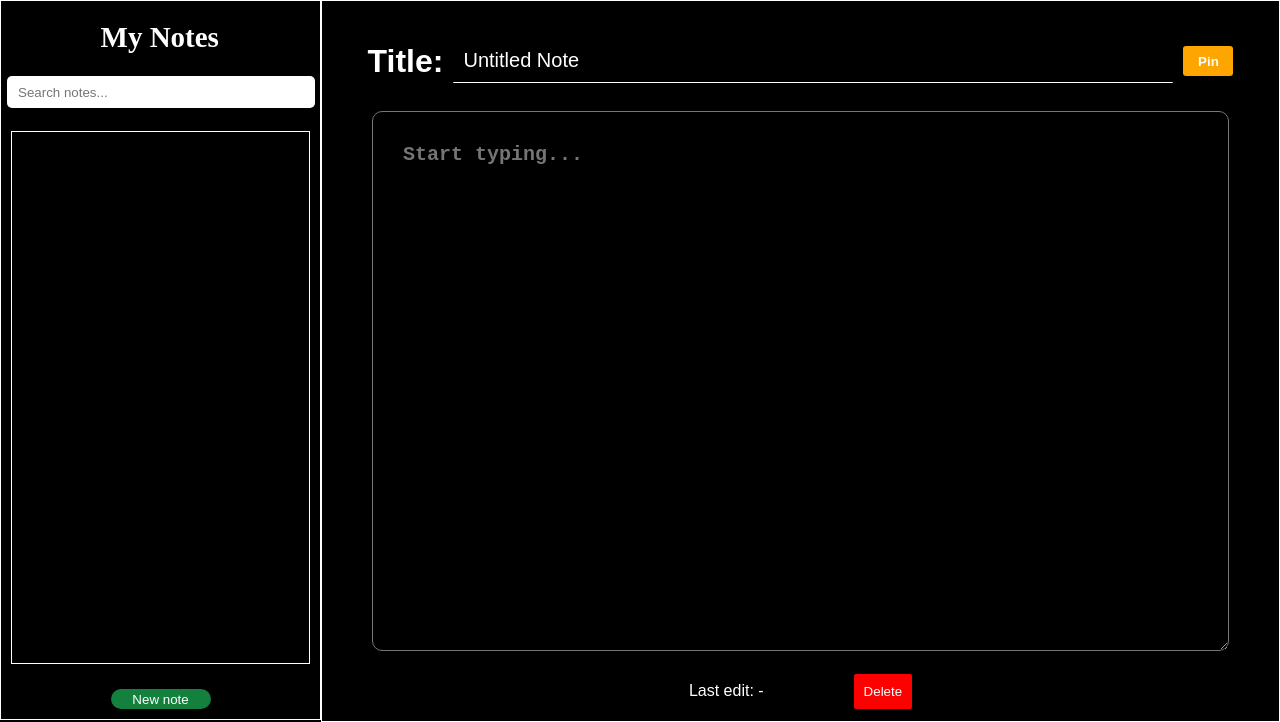
Repository: dmpelaez/myNotes
Page: QuickNotes.html
The author's editor kept a copy of each file at every save. The page is drawn from the files as they stood at one save, then again after the next save.
The browser window is 1280 px wide. The pictures show the whole page.

Above is the page before, as saved 2025-12-19 13:10:44.

### QuickNotes.html
<!DOCTYPE html>

  <html>

    <head>

      <title>Quick Notes</title>

      <!--CSS LINK-->
      <link rel="stylesheet" href="QuickNotes.css">
    </head>
    <body>

      <!--Note section-->
      <aside class="aside-section">

        <!--My notes part-->
        <div class="myNotes">
          <p class="my-notes-text">My Notes</p>
        </div>
        <!--Search notes-->
        <div class="input-box">
          <input class="input" placeholder="Search notes..." oninput="renderNotes()">
        </div>
        <!--Notes-->
        <div class="note-list"></div>
        <!--add button-->
        <button class="add-button" onclick="addNote()">New note</button>

      </aside>

      <!---Typing section-->
      <main class="main-section">

        <!--Header-->
        <div class="header-section">
          <h1>Title:</h1>
          <input class="title-notes" placeholder="Untitled Note" oninput="currentUpdate()">
          <button class="pin-btn" onclick="togglePin()">Pin</button>
        </div>

        <!--text area-->
        <div class="texting-area">
          <textarea class="textarea" placeholder="Start typing..." oninput="currentUpdate()"></textarea>
        </div>

        <!---Delete button-->
        <div class="delete">
          <span class="edit">Last edit: -</span>
          <button class="delete-btn" onclick="showModal()">Delete</button>
        </div>

        <div class="delete-confirm">

          <div class="modal-delete">
            <h1>Are you sure?</h1>
            <p class="sure-text">Are you sure you want to delete the note permanently?</p>
            You can't undo this action.
          </div>

          <!--delete and cancel button-->
          <div class="btn-section">
            <button class="cancel-btn" onclick="cancelModal()">Cancel</button>
            <button class="remove-btn" onclick="remove()">Remove</button>
          </div>


        </div>

      </main>

    <script src="QuickNote.js"></script>
    </body>

  </html>

### QuickNotes.css
body {
  margin: 0;
  padding: 0;
  background: black;
  box-sizing: border-box;
  display: Flex;
  height: 100vh;
}
* {
  color: rgb(255, 255, 255);
}
.aside-section {
  border: 1px solid white;
  display: grid;
  width: 400px;
  grid-template-rows: 40px 30px 1fr 20px;
  padding: 10px;
  gap: 25px;

}

.my-notes-text {
  display: flex;
  margin: 0px;
  justify-self: center;
  align-self: center;
  margin-top: 10px;
}
.note-list {
  flex: 1;
  overflow-y: auto;
 overflow-x: none;
 border: 1px solid white;

}
.note-list::-webkit-scrollbar {
  display: none;
}

.note-item {
  border: 1px solid #333;
  padding: 1rem;
  position: relative;
  display: flex;
  flex-direction: column;
}
.note-item.active {
  background-color: #333;

}

.note-item h1 {
  font-size: 0.8rem;
  word-wrap: break-word;
  overflow-wrap: break-word;

}
.icon-pin {
  color: rgb(250, 0, 0);
  position: absolute;
  right: 0;
  bottom: 54%;
}

.my-notes-text {
  font-weight: bold;
  font-size: 29px;
  flex-shrink: 0;
  width: 120px;
}

.input {
  color: black;
  display: flex;
  align-self: center;
  justify-self: center;
  Width: 99%;
  height: 100%;
  border-radius: 5px;
  border: none;
  outline: none;
  padding-left: 10px;
  margin-left: 1px;
}
.input::placeholder {
  padding-left: 1px;

}

.add-button {
  width: 100px;
  display: flex;
  justify-self: center;
  background: rgb(19, 128, 61);
  border: none;
  border-radius: 10px;
  color: white;
  font-family: arial;
  align-items: center;
  justify-content: center;
  cursor: pointer;
}



.main-section {

  left: 26.5%;
  border: 1px solid white;
  right: 0px;
  height: 100%;
  display: grid;
  grid-template-rows: 70px 1fr 30px;
  gap: 40px;
  width: 100%;
}

.header-section {
  display: flex;
  justify-self: center;
  align-self: center;
  gap: 10px;
  margin-top: 50px;
  align-items: center;
  padding-left: 20px;
  padding-right: 20px;
}
.title-notes {
  width: 700px;
  padding: 10px;
  border-radius: 1px;
  background: none;
  border: none;
  border-bottom: 1px solid white;
  outline: none;
 font-size: 20px;
 font-family: arial;
}

.title-notes::placeholder {
  color: white;
  font-family: arial;
  font-size: 20px;

}

.pin-btn {
  background: orange;
  border: none;
  border-radius: 3px;
  font-family: arial;
  font-weight: bold;
  width: 50px;
  height: 30px
}

.texting-area {
  display: flex;
  padding-right: 50px;
  padding-left: 50px;
}
.textarea {
  background: black;
  outline: none;
  display: flex;
  width: 100%;
  padding-left: 30px;
  padding-right: 80px;
  padding-top: 30px;
  line-height: 25px;
  font-size: 20px;
  font-weight: bold;
  border-radius: 10px;
}

.delete {
  display: flex;
  justify-content: center;
  align-items: center;
  gap: 90px;
  margin-bottom: 40px;

}
.delete-btn {
  background: red;
  border: none;
  border-radius: 2px;
  padding: 10px;
  cursor: pointer;
}
.edit {
  font-family: arial;
}

.delete-confirm {
  display: none;
  pointer-events: none;

}

.delete-confirm.active {
  position: absolute;
  left: 20%;
  top: 20%;
  display: flex;
  background: rgb(59, 58, 58);
  border-radius: 10px;
  flex-direction: column;
  align-items: center;
  justify-content: center;
  padding: 10px;
  height: 200px;
  pointer-events: auto;
  cursor: pointer;
}
.modal-delete {
  padding: 20px;
  display: flex;
  flex-direction: column;
  align-items: center;
  font-family: arial;

}
h1 {
  display: flex;
  justify-self: center;
  margin: 0px;
  font-family: arial;
}
.sure-text {
  margin: 0px;
  margin-top: 10px;
  font-family: arial;
}


.btn-section {
  display: flex;
  gap: 10px;
}

.cancel-btn {
  background: gray;
  border: none;
  border-radius: 5px;
  font-weight: bold;
  padding: 10px;
  cursor: pointer;
}
.remove-btn {
  background: red;
  border: none;
  border-radius: 5px;
  font-family: arial;
  font-weight: bold;
  cursor: pointer;
}

### QuickNote.js

let notes = JSON.parse(localStorage.getItem('notes') || "[]");
let currentId = null;



//Aside section
const input = document.querySelector('.input');
const noteList = document.querySelector('.note-list');
const addBtn = document.querySelector('.add-button');

//Main section
const titleNotes = document.querySelector('.title-notes');
const pinBtn = document.querySelector('.pin-btn');
const textArea = document.querySelector('.textarea');

//delete button section
const btnDelete = document.querySelector('.delete-btn');
const edit = document.querySelector('.edit');

//delete confirm
const deleteConfirm = document.querySelector('.delete-confirm');

//remove and cancel button
const cancelBtn = document.querySelector('.cancel-btn');
const removeBtn = document.querySelector('.remove-btn');


//save notes


//save storage
function saveNotes() {
  localStorage.setItem('notes', JSON.stringify(notes));
}

function addNote() {
  const newNotes = {
    id: Date.now(),
    title: "",
    content: "",
    date: new Date().toLocaleString(),
    pinned: false
  };
  notes.unshift(newNotes);
  currentId = newNotes.id;
  selectNote(newNotes.id);
  saveNotes();
  renderNotes();
  console.log('working')
}


function renderNotes() {
  const query = input.value.toLowerCase();
  noteList.innerHTML = '';

  const pinned = notes.filter(n => n.pinned);
  const others = notes.filter(n => !n.pinned);

  const filtered = [...pinned, ...others].filter(n =>
    n.title.toLowerCase().includes(query) || n.content.toLowerCase().includes(query)
  );


  for (let note of filtered) {
    const div = document.createElement("div");
    div.className = "note-item" + (note.id === currentId ? " active" : "");
    div.onclick = () => selectNote(note.id);
    div.innerHTML = `
    <h1>${note.title || "Untitled"}</h1>
    <small>${note.date}</small>
    ${note.pinned ? '<span class="icon-pin">📌</span>' : ''}
    `;
    noteList.appendChild(div);

     console.log(div);
  };


}



function selectNote(id){
  currentId = id;
  const note = notes.find(n => n.id === id);
  if (!note) return;
  titleNotes.value = note.title;
  textArea.value = note.content;
  edit.innerText = "Last edited: " + note.date;
  pinBtn.innerHTML = note.pinned ? "Unpin" : "Pin";
  console.log(titleNotes.value);
  renderNotes();
}




function currentUpdate() {
  const note = notes.find(n => n.id === currentId);
  if(!note) return;
  note.title =  titleNotes.value;
  note.content = textArea.value;
  note.date = new Date().toLocaleString();
  edit.innerText = "Last edited: " + note.date;
  renderNotes();
  saveNotes();

}

console.log("Current ID:", currentId);
console.log("Notes:", notes);





function showModal() {
  deleteConfirm.classList.add("active");
}

function cancelModal() {
  deleteConfirm.classList.remove("active");
}

function remove() {
  notes = notes.filter(n => n.id !== currentId);
  currentId = null;
  titleNotes.value = "";
  textArea.value = "";
  edit.innerText = "last edited: -";
  renderNotes();
  cancelModal();
  saveNotes();
  console.log(notes);
}

function togglePin() {
  const note = notes.find(n => n.id === currentId)
  if (!note) return;
  note.pinned = !note.pinned;
  pinBtn.textContent = note.pinned ? "Unpin" : "Pin";
  renderNotes();
  saveStorage();
  console.log('working');
}


renderNotes();

After the next save:
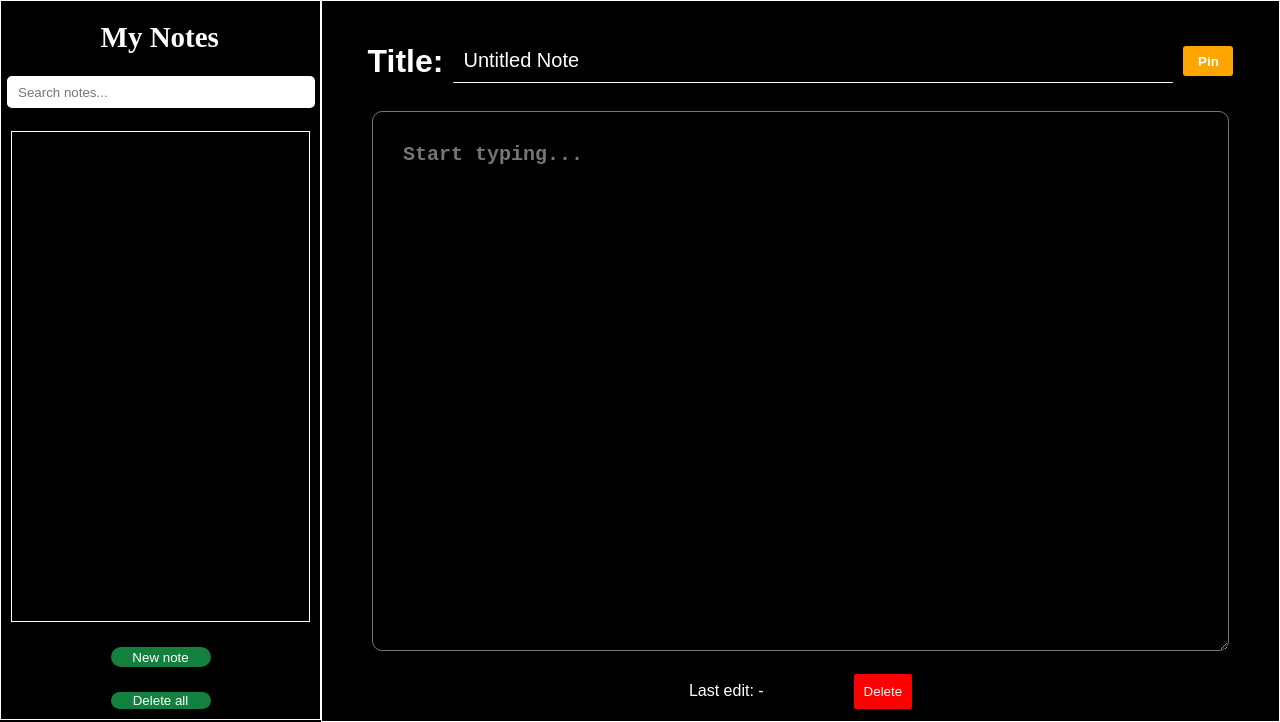
Saved 2 min 54 s later.
--- a/QuickNotes.html
+++ b/QuickNotes.html
@@ -26,7 +26,7 @@
         <div class="note-list"></div>
         <!--add button-->
         <button class="add-button" onclick="addNote()">New note</button>
-
+        <button class="add-button" onclick="deleteAll()">Delete all</button>
       </aside>
 
       <!---Typing section-->
